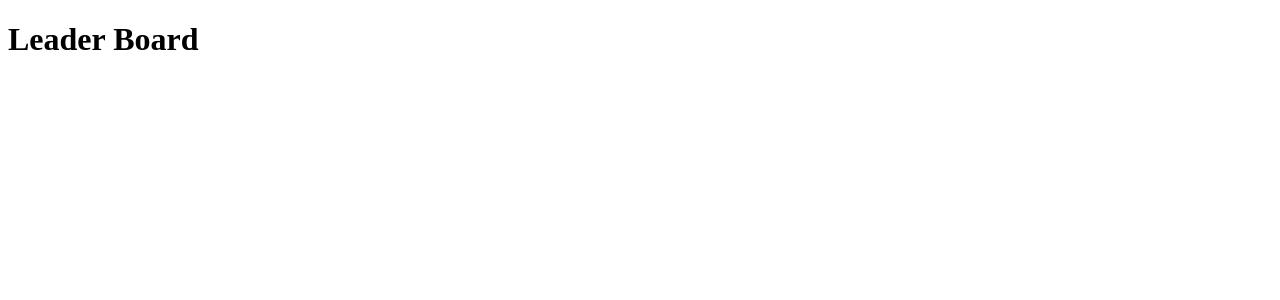
Repository: kennedyowusu/Leaderboard
Page: src/index.html
These files come from the project's save history. The page is drawn as it stood at one moment and after the next save; the edit follows.
The browser window is 1280 px wide. The pictures show the whole page.

Above is the page before, as saved 2022-12-20 15:37:15.

### src/index.html
<!DOCTYPE html>
<html lang="en">

<head>
 <meta charset="UTF-8">
 <meta http-equiv="X-UA-Compatible" content="IE=edge">
 <meta name="viewport" content="width=device-width, initial-scale=1.0">
 <title>Leader Board</title>
</head>

<body>
 <main class="main-container">
   <h1 class="main-title">Leader Board</h1>

   <section class="main-holder">

   </section>



   <script src="https://cdn.jsdelivr.net/npm/axios/dist/axios.min.js"></script>
 </main>
</body>
</html>

After the next save:
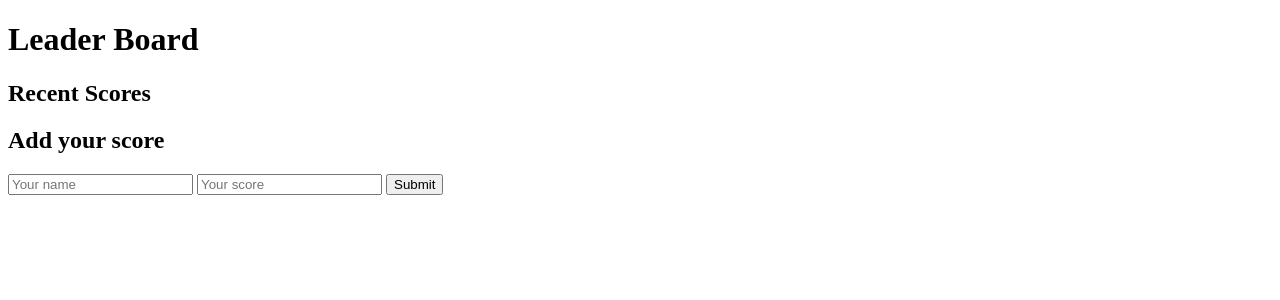
Saved 40 s later.
--- a/src/index.html
+++ b/src/index.html
@@ -13,6 +13,24 @@
    <h1 class="main-title">Leader Board</h1>
 
    <section class="main-holder">
+    <!-- divide section into two -->
+
+     <section class="main-left">
+       <h2 class="main-left-title">Recent Scores</h2>
+       <ul class="main-left-list">
+         <!-- list of recent scores -->
+       </ul>
+     </section>
+
+     <section class="main-right">
+       <h2 class="main-right-title">Add your score</h2>
+       <form class="main-right
+       -form">
+         <input type="text" name="name" placeholder="Your name" required>
+         <input type="number" name="score" placeholder="Your score" required>
+         <button type="submit">Submit</button>
+       </form>
+       </section>
 
    </section>
 
